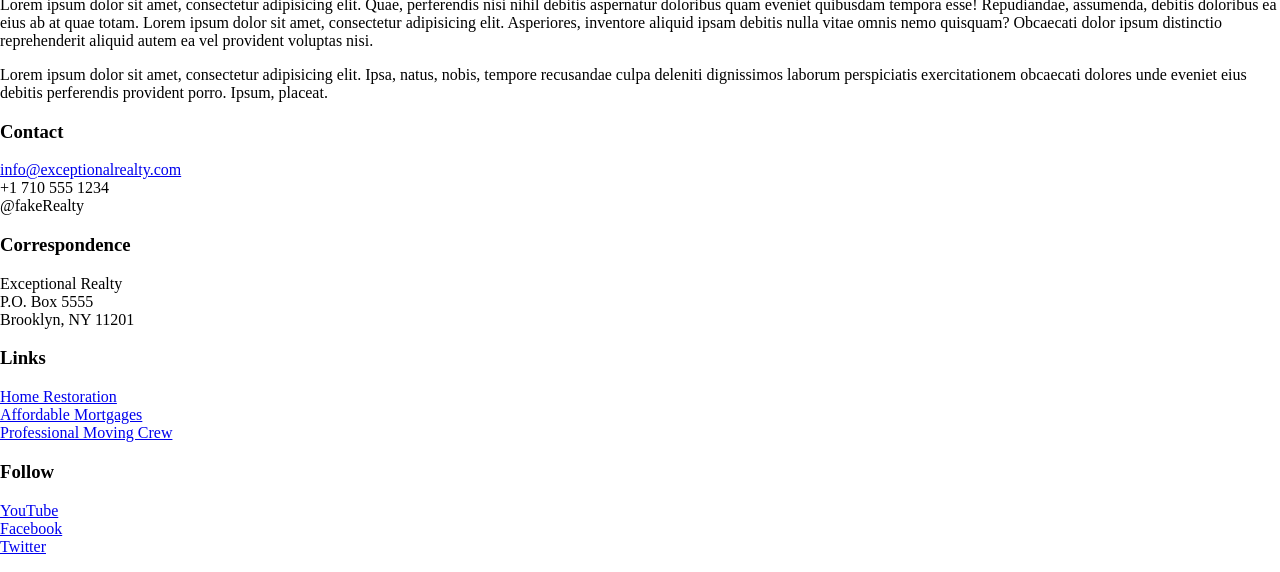
Repository: peterclermy232/phase-0-css-fundamentals-lab
Page: index.html
An editor plug-in stored every save of this project. The page is shown before and after a run of saves, followed by the edit.
The browser window is 1280 px wide. The pictures show the part of the page from y = 456 to 1028 px (the page is 1028 px tall).
A picture or video elsewhere on the page could not be fetched, so the positions and the page height are approximate.

Above is the page before, as saved 2022-05-29 19:35:27.

After the next 5 saves:
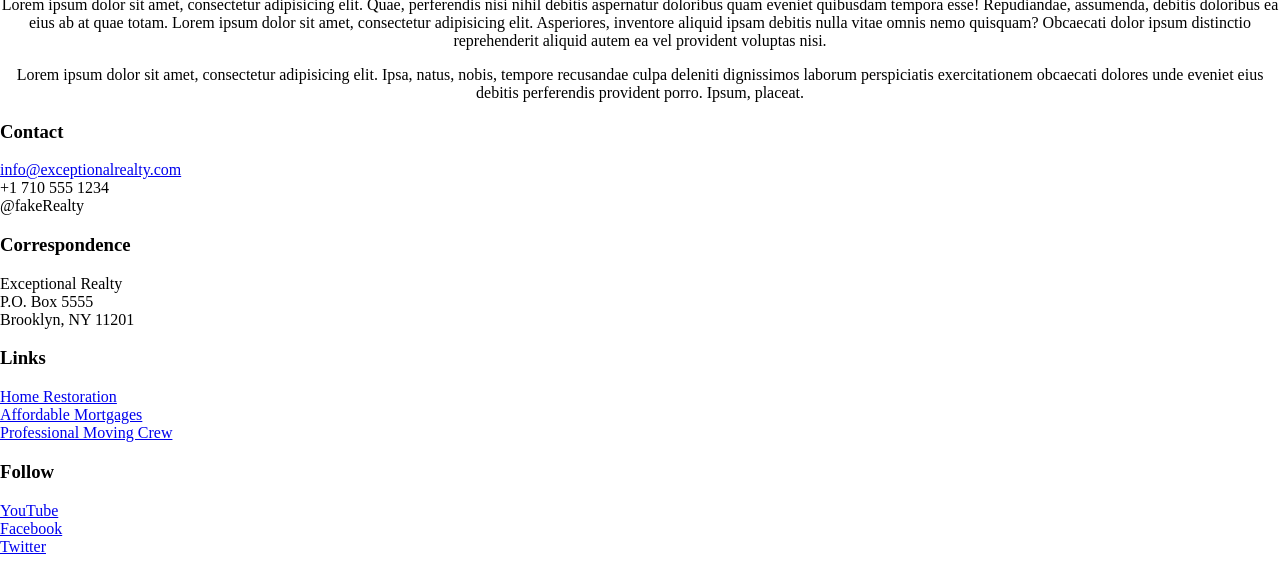
The 5 saves are shown as one change because they came seconds apart.
The last was saved 10 s later.
--- a/style.css
+++ b/style.css
@@ -14,4 +14,6 @@ nav{
 figure{
   text-align: center;
 }
-section#featured-property
+section#featured-property p{
+  text-align: center;
+}
